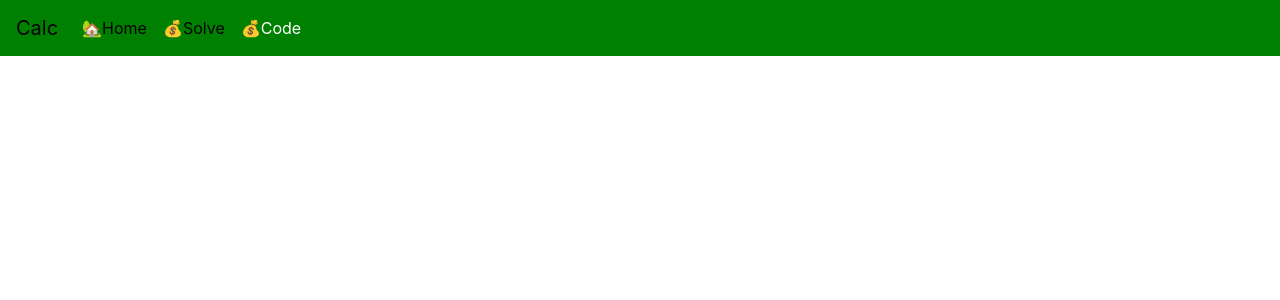
Repository: zhadjah9559/MortgageManager
Page: code.html
The author's editor kept a copy of each file at every save. The page is drawn from the files as they stood at one save, then again after the next save.
The browser window is 1280 px wide. The pictures show the whole page.

Above is the page before, as saved 2021-01-17 14:14:14.

### code.html
<!doctype html>
<html lang="en">
  <head>
    <title>Mortgage Loan Calculator</title>
    <!-- Required meta tags -->
    <meta charset="utf-8">
    <meta name="viewport" content="width=device-width, initial-scale=1, shrink-to-fit=no">

    <!-- Bootstrap CSS -->
    <link rel="stylesheet" href="https://stackpath.bootstrapcdn.com/bootstrap/4.3.1/css/bootstrap.min.css" integrity="sha384-ggOyR0iXCbMQv3Xipma34MD+dH/1fQ784/j6cY/iJTQUOhcWr7x9JvoRxT2MZw1T" crossorigin="anonymous">
    <link rel="stylesheet" href="css/custom.css">
    <link rel="stylesheet" href="css/prism.css">
  </head>
  <body>

    <nav class="navbar navbar-expand-sm navbar-dark" style="background-color: green;">
        <a class="navbar-brand" href="#">Calc</a>
        <button class="navbar-toggler d-lg-none" type="button" data-toggle="collapse" data-target="#collapsibleNavId" aria-controls="collapsibleNavId"
            aria-expanded="false" aria-label="Toggle navigation"></button>
        <div class="collapse navbar-collapse" id="collapsibleNavId">
            <ul class="navbar-nav mr-auto mt-2 mt-lg-0">
                <li class="nav-item ">
                    <a class="nav-link" href="index.html">🏡Home</a>
                </li>
                <li class="nav-item">
                    <a class="nav-link" href="solve.html">💰Solve</a>
                </li>
                <li class="nav-item active">
                    <a class="nav-link" href="code.html">💰Code <span class="sr-only">(current)</span></a>
                </li>
            </ul>
        </div>
    </nav>

    <pre>

        <code>

        </code>

    </pre>

    <!-- Optional JavaScript -->
    <!-- jQuery first, then Popper.js, then Bootstrap JS -->
    <script src="https://code.jquery.com/jquery-3.3.1.slim.min.js" integrity="sha384-q8i/X+965DzO0rT7abK41JStQIAqVgRVzpbzo5smXKp4YfRvH+8abtTE1Pi6jizo" crossorigin="anonymous"></script>
    <script src="https://cdnjs.cloudflare.com/ajax/libs/popper.js/1.14.7/umd/popper.min.js" integrity="sha384-UO2eT0CpHqdSJQ6hJty5KVphtPhzWj9WO1clHTMGa3JDZwrnQq4sF86dIHNDz0W1" crossorigin="anonymous"></script>
    <script src="https://stackpath.bootstrapcdn.com/bootstrap/4.3.1/js/bootstrap.min.js" integrity="sha384-JjSmVgyd0p3pXB1rRibZUAYoIIy6OrQ6VrjIEaFf/nJGzIxFDsf4x0xIM+B07jRM" crossorigin="anonymous"></script>
    <script src="js/custom.js"></script>
    <script src="js/prism.js"></script>
  </body>
</html>

### css/custom.css
.navbar-dark .navbar-nav .active>.nav-link{
    color:white;
}
.navbar-dark .navbar-nav .nav-link{
    color:black;
}
.navbar .navbar-brand{
    color:black;
}

.indexContainer {
    width:860px;
    height:540px;
    position:absolute;
    top:60%;
    left:50%;
    margin-top:-320px;
    margin-left:-480px;
}

### css/prism.css
/* PrismJS 1.23.0
https://prismjs.com/download.html#themes=prism-okaidia&languages=markup+css+clike+javascript&plugins=line-numbers */
/**
 * okaidia theme for JavaScript, CSS and HTML
 * Loosely based on Monokai textmate theme by http://www.monokai.nl/
 * @author ocodia
 */

code[class*="language-"],
pre[class*="language-"] {
	color: #f8f8f2;
	background: none;
	text-shadow: 0 1px rgba(0, 0, 0, 0.3);
	font-family: Consolas, Monaco, 'Andale Mono', 'Ubuntu Mono', monospace;
	font-size: 1em;
	text-align: left;
	white-space: pre;
	word-spacing: normal;
	word-break: normal;
	word-wrap: normal;
	line-height: 1.5;

	-moz-tab-size: 4;
	-o-tab-size: 4;
	tab-size: 4;

	-webkit-hyphens: none;
	-moz-hyphens: none;
	-ms-hyphens: none;
	hyphens: none;
}

/* Code blocks */
pre[class*="language-"] {
	padding: 1em;
	margin: .5em 0;
	overflow: auto;
	border-radius: 0.3em;
}

:not(pre) > code[class*="language-"],
pre[class*="language-"] {
	background: #272822;
}

/* Inline code */
:not(pre) > code[class*="language-"] {
	padding: .1em;
	border-radius: .3em;
	white-space: normal;
}

.token.comment,
.token.prolog,
.token.doctype,
.token.cdata {
	color: #8292a2;
}

.token.punctuation {
	color: #f8f8f2;
}

.token.namespace {
	opacity: .7;
}

.token.property,
.token.tag,
.token.constant,
.token.symbol,
.token.deleted {
	color: #f92672;
}

.token.boolean,
.token.number {
	color: #ae81ff;
}

.token.selector,
.token.attr-name,
.token.string,
.token.char,
.token.builtin,
.token.inserted {
	color: #a6e22e;
}

.token.operator,
.token.entity,
.token.url,
.language-css .token.string,
.style .token.string,
.token.variable {
	color: #f8f8f2;
}

.token.atrule,
.token.attr-value,
.token.function,
.token.class-name {
	color: #e6db74;
}

.token.keyword {
	color: #66d9ef;
}

.token.regex,
.token.important {
	color: #fd971f;
}

.token.important,
.token.bold {
	font-weight: bold;
}
.token.italic {
	font-style: italic;
}

.token.entity {
	cursor: help;
}

pre[class*="language-"].line-numbers {
	position: relative;
	padding-left: 3.8em;
	counter-reset: linenumber;
}

pre[class*="language-"].line-numbers > code {
	position: relative;
	white-space: inherit;
}

.line-numbers .line-numbers-rows {
	position: absolute;
	pointer-events: none;
	top: 0;
	font-size: 100%;
	left: -3.8em;
	width: 3em; /* works for line-numbers below 1000 lines */
	letter-spacing: -1px;
	border-right: 1px solid #999;

	-webkit-user-select: none;
	-moz-user-select: none;
	-ms-user-select: none;
	user-select: none;

}

	.line-numbers-rows > span {
		display: block;
		counter-increment: linenumber;
	}

		.line-numbers-rows > span:before {
			content: counter(linenumber);
			color: #999;
			display: block;
			padding-right: 0.8em;
			text-align: right;
		}

### js/custom.js
function calculateLoan(){
    let loanAmount = parseInt( document.getElementById("loanAmount").value )
    let months = parseInt( document.getElementById("months").value )

    //before the very first month
    let remainingBalance = [loanAmount]

    //DONT FORGET TO CONVERT THIS TO A PERCENTAGE
    let interestRate = parseFloat( document.getElementById("interestRate").value )

    //Keep track of interest payments
    let interest = new Array()

    //Keep track of principal payments
    let principalPayments = new Array()

    //keep track of total interest
    let totalInterest = new Array()
    totalInterest.push(0);

    //Total Monthly Payment                                                         (1+rate/1200)^(-NumberOfMonths)
    let totalMonthlyPayment = (loanAmount) * (interestRate/1200) / (1 -   Math.pow( (1 + interestRate/1200) , (-months) ) )

    //END OF DECLARATIONS*******************************************************

    //input validation to make sure interest is valid number
    if(interestRate >= 100){

    }

    //loop will perform 60 times meaning you will get 60 elements for the variables declared inside
    for (let i = 0; i < months; i++) {
        //Interest
        interest.push(  (remainingBalance[i]) * (interestRate/1200)  )

        //principal payment
        principalPayments.push(  totalMonthlyPayment - interest[i]  )

        //totalInterest
        totalInterest.push( totalInterest[i] + ( (totalMonthlyPayment) - (principalPayments[i]) )    )

        remainingBalance.push( remainingBalance[i] - principalPayments[i] )
    }

    //will later on be used in order to display output
    let tBody ="";
    for (let i = 0; i < months; i++) {
        tBody += `<tr> <td>${ i+1 }</td>
                       <td>$${  (Math.round(totalMonthlyPayment * 100) / 100).toFixed(2) }</td>
                       <td>$${  (Math.round(principalPayments[i] * 100) / 100).toFixed(2)   }</td>
                       <td>${   (Math.round(interest[i] * 100) / 100).toFixed(2) }%</td>
                       <td>$${  (Math.round(totalInterest[i+1] * 100) / 100).toFixed(2)   }</td>
                       <td>$${  (Math.round(remainingBalance[i+1] * 100) / 100).toFixed(2)   }</td>
                 </tr>`
    }
    document.getElementById("tBody").innerHTML = tBody
    document.getElementById("totalPrincipalOutput").innerHTML = `$${(Math.round(  loanAmount  *100)/100).toFixed(2)}`
    document.getElementById("totalInterestOutput").innerHTML = `$${(Math.round(  totalInterest[months]  *100)/100).toFixed(2)}`
    document.getElementById("totalCostOutput").innerHTML = `$${(Math.round( (loanAmount + totalInterest[months])  *100)/100).toFixed(2)}`




}

Loaded but not shown: js/prism.js (library)

After the next save:
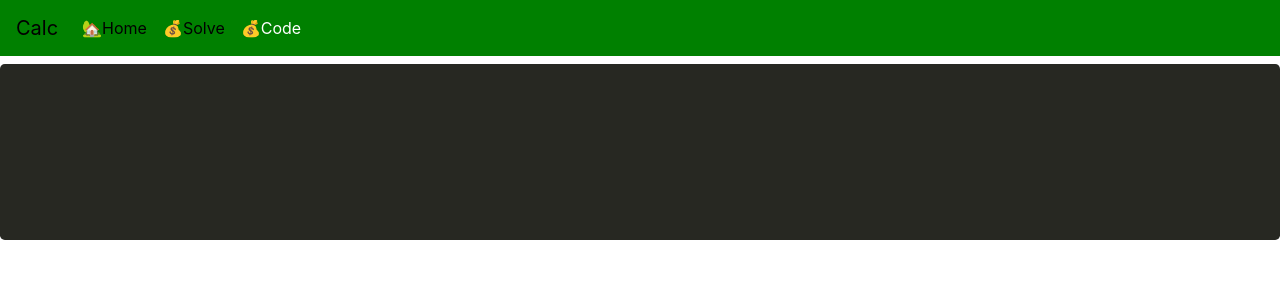
Saved 13 s later.
--- a/code.html
+++ b/code.html
@@ -34,7 +34,7 @@
 
     <pre>
 
-        <code>
+        <code class="language-">
 
         </code>
 
